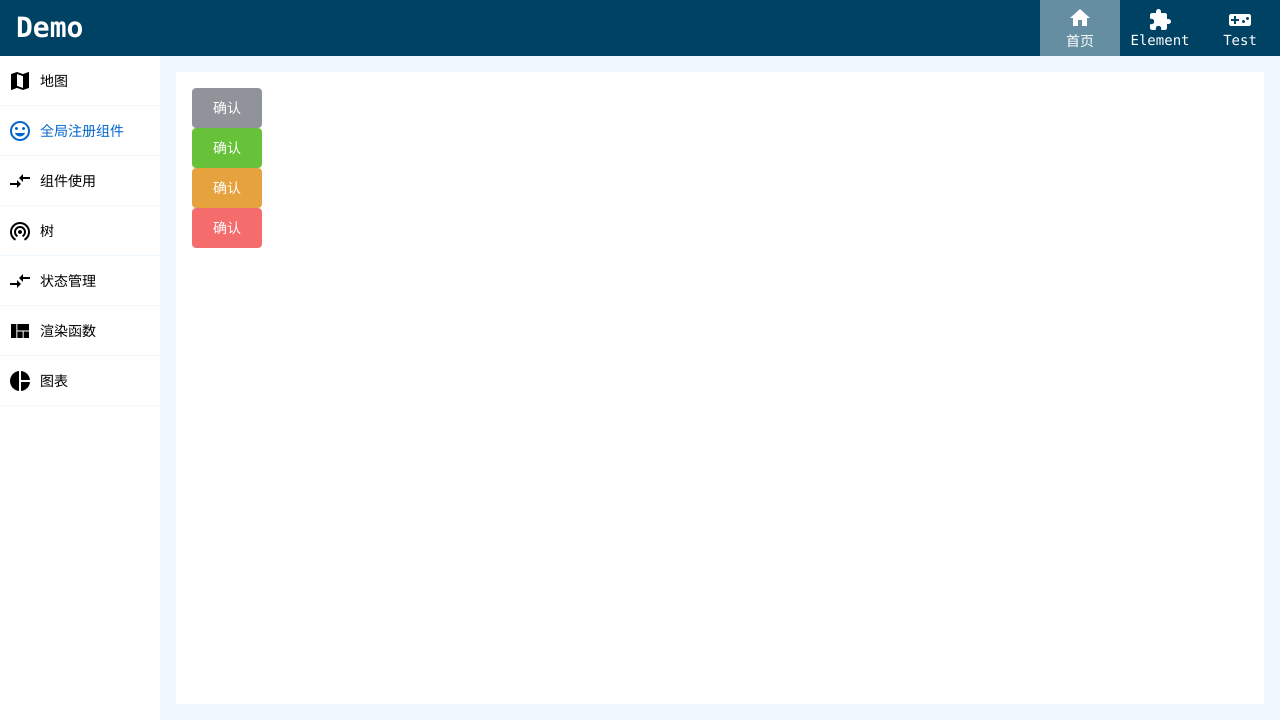
Repository: zh-webliker/element-vue
Page: /Main/Icon
These files come from the project's save history. The page is drawn as it stood at one moment and after the next save; the edit follows.
The browser window is 1280 px wide. The pictures show the whole page.
The project was rebuilt for these pictures with package versions that can differ from the ones it lists, and the page was loaded fresh each time. Also part of the build but not shown: vue.config.js, src/components/baseComponts/Basetitle.vue. Imported but missing from the stored project, and not drawn on this page: src/json/contour, src/json/hl.

Above is the page before, as saved 2020-09-11 16:24:56.

### public/index.html
<!DOCTYPE html>
<html lang="en">
  <head>
    <meta charset="utf-8">
    <meta http-equiv="X-UA-Compatible" content="IE=edge">
    <meta name="viewport" content="width=device-width,initial-scale=1.0">
    <link rel="icon" href="<%= BASE_URL %>favicon.ico">
    <title>demo</title>

  </head>
  <body>
    <noscript>
      <strong>We're sorry but demo doesn't work properly without JavaScript enabled. Please enable it to continue.</strong>
    </noscript>
    <div id="app"></div>
    <!-- built files will be auto injected -->
  </body>
</html>

### src/main.js
import Vue from 'vue'
import App from './App.vue'
import router from './router'
import store from './store/store'

import './style/style.scss'
import 'material-icons'

/***
 * 初始化axios
 * https://www.kancloud.cn/yunye/axios/234845
 */
import axios from 'axios'
axios.defaults.baseURL = process.env.NODE_ENV === 'production' ? '/' : '/api';
axios.defaults.headers.withCredentials = true;
Vue.prototype.$axios = axios;

// import './style/test.scss'

/**
 * element
 * */
import Element from 'element-ui'
import './style/element-variables.scss'
Vue.use(Element);


Vue.config.productionTip = false;

// import upperFirst from 'lodash/upperFirst'
// import camelCase from 'lodash/camelCase'

// const requireComponent = require.context(
//   // 其组件目录的相对路径
//   // '../src/components/baseComponts',
//   './components/baseComponts',
//   // 是否查询其子目录
//   false,
//   // 匹配基础组件文件名的正则表达式
//   /Base[A-Z]\w+\.(vue|js)$/
// )
// console.log(requireComponent.keys())
// requireComponent.keys().forEach(fileName => {
//   // 获取组件配置
//   const componentConfig = requireComponent(fileName)
//   // 这个地方直接传入filename其实就是内部会调用了resolve方法，会返回对应的文件内容（不理解可以console一下看看）
//   // 获取组件的 PascalCase 命名
//   const componentName = upperFirst(
//     camelCase(
//       // 获取和目录深度无关的文件名
//       fileName
//         .split('/')
//         .pop()
//         .replace(/\.\w+$/, '')
//     )
//   )

//   // 全局注册组件
//   Vue.component(
//     componentName,
//     // 如果这个组件选项是通过 `export default` 导出的，
//     // 那么就会优先使用 `.default`，
//     // 否则回退到使用模块的根。
//     componentConfig.default || componentConfig
//   )
// })
import Basebutton from './components/baseComponts/Basebutton.vue'
import Basetitle from './components/baseComponts/Basetitle.vue'
Vue.component('Basebutton', Basebutton)
Vue.component('Basetitle', Basetitle)
new Vue({
  router,
  store,
  render: h => h(App)
}).$mount('#app');

### src/App.vue
<template>
  <div id="app">

    <!--header标签和下面的nav标签，是H5新增的标签，相当于有语义的div-->
    <header class="header">

      <h1>{{appName}}</h1>

      <nav>

        <!--router-link是vue自带组件，用于项目内跳转，会编译成a标签-->
        <router-link to="/Main">
          <i class="material-icons">home</i>
          <span>首页</span>
        </router-link>
        <router-link to="/Element">
          <i class="material-icons">extension</i>
          <span>Element</span>
        </router-link>

        <router-link to="/Test">
          <i class="material-icons">videogame_asset</i>
          <span>Test</span>
        </router-link>
        <!--<router-link to="/">
          <i class="material-icons">logout</i>
          <span>退出</span>
        </router-link>-->
      </nav>
    </header>

    <router-view/>

  </div>
</template>

<script>
  const appName = "Demo";

  export default ({
    name: "App",
    data(){
      return {
        appName
      }
    }
  })

</script>

<style lang="scss">

</style>

### src/router.js
import Vue from 'vue'
import Router from 'vue-router'

Vue.use(Router);

export default new Router({
  mode: 'history',
  routes: [
    {
      path: "/",
      redirect: "/Main"
    },
    {
      name: "Main",
      path: "/Main",
      component: ()=> import('./views/main/Main.vue'),
      children: [
        {
          path: "/",
          redirect: "/Main/Map"
        },
        {
          //在router-link跳转中，如果路由设置了name，也可以用name替代path
          name: "Map",
          path: "/Main/Map",
          component: ()=> import('./views/main/Map.vue')
        },
        {
          name: "Icon",
          path: "/Main/Icon",
          component: ()=> import('./views/main/Icon.vue')
        },
        {
          name: "Tree",
          path: "/Main/Tree",
          component: ()=> import('./views/main/Tree.vue')
        },
        {
          name: "Storage",
          path: "/Main/Storage",
          component: ()=> import('./views/main/Storage.vue')
        },
        {
          name: "Storage2",
          path: "/Main/Storage2",
          component: ()=> import('./views/main/Storage2.vue')
        },
        {
          name: "Deliver",
          path: "/Main/Deliver",
          component: ()=> import('./views/main/Deliver.vue')
        },
        {
          name: "Charts",
          path: "/Main/Charts",
          component: ()=> import('./views/main/Charts.vue')
        }
      ]
    },
    {
      name: "Element",
      path: "/Element",
      component: ()=> import('./views/element/ElementMain.vue'),
      children: [
        {
          path: "/",
          redirect: "/Element/Table"
        },
        {
          name: "Table",
          path: "/Element/Table",
          component: ()=> import('./views/element/Table.vue'),
        },
        {
          name: "Tab",
          path: "/Element/Tab",
          component: ()=> import('./views/element/Tab.vue'),
        },
        {
          name: "Form",
          path: "/Element/Form",
          component: ()=> import('./views/element/Form.vue'),
        },
        {
          name: "Tree",
          path: "/Element/Tree",
          component: ()=> import('./views/element/Tree.vue'),
        }
      ]
    },

    {
      name: "Test",
      path: "/Test",
      component: ()=> import('./views/test/Test.vue'),
      redirect: "/Test/Mixin",

      children:[
        {
          name: "Mixin",
          path: "/Test/Mixin",
          component: ()=> import('./views/test/mixins/Index.vue')
        },
        {
          name: "DraggableModule",
          path: "/Test/DraggableModule",
          component: ()=> import('./views/test/draggable/DraggableModule.vue')
        }
      ]
    },

    //把404页面放到最后匹配剩下的全部页面
    {
      name: "404",
      path: "*",
      component: ()=> import('./views/404.vue'),
    }

  ]
})

### src/store/store.js
import Vue from 'vue'
import Vuex from 'vuex'

import StorageStore from './StorageStore'

Vue.use(Vuex);

export default new Vuex.Store({
  state: {

  },
  mutations: {

  },
  actions: {

  },

  //引入模组store
  modules: {
    storage: StorageStore
  }
})

### src/style/style.scss


/*theme*/
$primaryColor: #0065cb;
$primaryTextColor: white;
$primaryBgColor: #004264;
$bgColor: white;

/*global*/
a {
  text-decoration: none;
  color: inherit;
}
.page {
  position: absolute;
  top: 56px;
  bottom: 0;
  left: 0;
  right: 0;
  background-color: aliceblue;
}


/*body*/
body{
  padding: 0; margin: 0;
  font-family: 'Consolas', 'Microsoft YaHei UI';
  font-size: 14px;
}

/*header*/
header {
  background-color: $primaryBgColor;
  color: $primaryTextColor;
  padding: 0 16px;
  position: relative;
  height: 56px;

  h1 {
    margin: 0;
    line-height: 56px;
  }

  nav {
    position: absolute;
    right: 0;
    top: 0;
    height: 100%;
    cursor: pointer;
    display: flex;
    justify-content: center;

    a {
      display: inline-flex;
      width: 80px;
      height: 100%;
      justify-content: center;
      flex-direction: column;
      text-align: center;

      &:hover{
        background-color: rgba(255,255,255,0.1);
      }

      &.router-link-active{
        background-color: rgba(255,255,255,0.4);
      }
    }
  }
}

/*left navbar*/
.left-nav {
  position: absolute;
  width: 160px;
  top: 0;
  bottom: 0;
  left: 0;
  background-color: white;
  //color: $primaryTextColor;


  a {
    position: relative;
    display: flex;
    width: 100%;
    height: 50px;
    cursor: pointer;

    &:hover{
      //background-color: rgba(100,100,100,0.1);
      color: rgb(100,100,100);
    }
    &.router-link-active{
      //background-color: rgba(0,0,0,0.1);
      color: $primaryColor;
    }
    &:after{
      content: "";
      position: absolute;
      bottom: 0;
      width: 100%;
      height: 1px;
      //transform: scaleY(0.5);
      background-color: aliceblue;
    }

    i {
      line-height: 50px;
      width: 40px;
      text-align: center;
      font-size: 24px;
    }
    span {
      line-height: 50px;
      font-size: 14px;
    }

  }
}


.page-content {
  position: absolute;
  left: 160px;
  top: 0;
  bottom: 0;
  right: 0;
  //background-color: aliceblue;
  margin: 16px;
  padding: 16px;
  background-color: white;
  overflow-y: auto;
  overflow-x: auto;

  article{
    padding-bottom: 80px;
  }
}

### src/style/element-variables.scss
/* 改变主题色变量 */
// $--color-primary: #00806a;
$--color-primary: rgb(51, 147, 207);

/* 改变 icon 字体路径变量，必需 */
$--font-path: '~element-ui/lib/theme-chalk/fonts';

@import "~element-ui/packages/theme-chalk/src/index";

.el-main>div:nth-child(2){
  padding: 16px;
}

### src/components/baseComponts/Basebutton.vue
<template>
  <div>
    <el-button :type="type">确认</el-button>
  </div>
</template>

<script>
export default {
  name: 'Basebutton',
  props: {
    type: {
      type: String,
      default: 'primary'
    }
  }
}
</script>

<style>

</style>

### src/views/main/Main.vue
<template>
  <div class="page">

    <nav class="left-nav">
      <router-link to="Map">
        <i class="material-icons">map</i>
        <span>地图</span>
      </router-link>
      <router-link to="Icon">
        <i class="material-icons">insert_emoticon</i>
        <span>全局注册组件</span>
      </router-link>
      <router-link to="Storage2">
        <i class="material-icons">compare_arrows</i>
        <span>组件使用</span>
      </router-link>
      <router-link to="Tree">
        <i class="material-icons">wifi_tethering</i>
        <span>树</span>
      </router-link>
      <router-link to="Storage">
        <i class="material-icons">compare_arrows</i>
        <span>状态管理</span>
      </router-link>
      <router-link to="Deliver">
        <i class="material-icons">view_quilt</i>
        <span>渲染函数</span>
      </router-link>
      <router-link to="Charts">
        <i class="material-icons">pie_chart</i>
        <span>图表</span>
      </router-link>
    </nav>

    <div class="page-content">
      <router-view/>
    </div>
  </div>
</template>

<script>
  export default {
    name: "Main"
  }
</script>

<style scoped>

</style>

### src/views/main/Icon.vue
<template>
  <div>
    <Basebutton :type='info'></Basebutton>
    <Basebutton type='success'></Basebutton>
    <Basebutton type='warning'></Basebutton>
    <Basebutton type='danger'></Basebutton>
  </div>
</template>

<script>
  export default {
    name: "Icon",
    data () {
      return {
        info: 'info'
      }
    }
  }
</script>

<style scoped>
</style>

### src/store/StorageStore.js

//vuex store 模块
//https://vuex.vuejs.org/zh/guide/modules.html

export default {

  //开启命名空间
  namespaced: true,

  //状态
  state: {
    "storageText": "请输入一些文字",
    "storageTime": 0
  },

  //set操作
  mutations: {
    setText: (state, text)=> state.storageText = text,
    setTime: (state, time)=> state.storageTime = time
  },

  //批量操作，可以执行异步
  actions: {
    setStorage(context, obj){
      context.commit('setText', obj.text);
      context.commit('setTime', obj.time);
    }
  },

  //get操作
  getters:{
    getText(state) {
      return state.storageText;
    },
    getTime(state) {
      return state.storageTime;
    },
    getNextTime(state){
      return state.storageTime + 60;
    }
  }
}

After the next save:
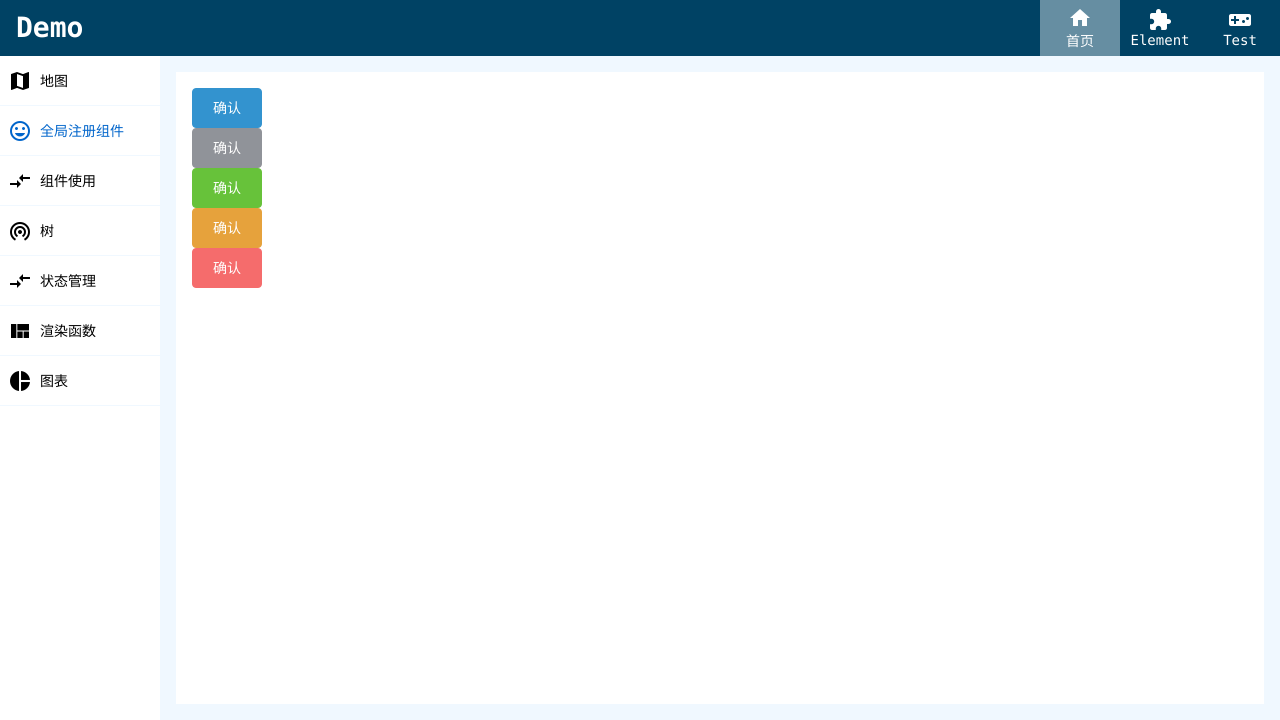
Saved 23 s later.
--- a/src/views/main/Icon.vue
+++ b/src/views/main/Icon.vue
@@ -1,5 +1,6 @@
 <template>
   <div>
+    <Basebutton></Basebutton>
     <Basebutton :type='info'></Basebutton>
     <Basebutton type='success'></Basebutton>
     <Basebutton type='warning'></Basebutton>
